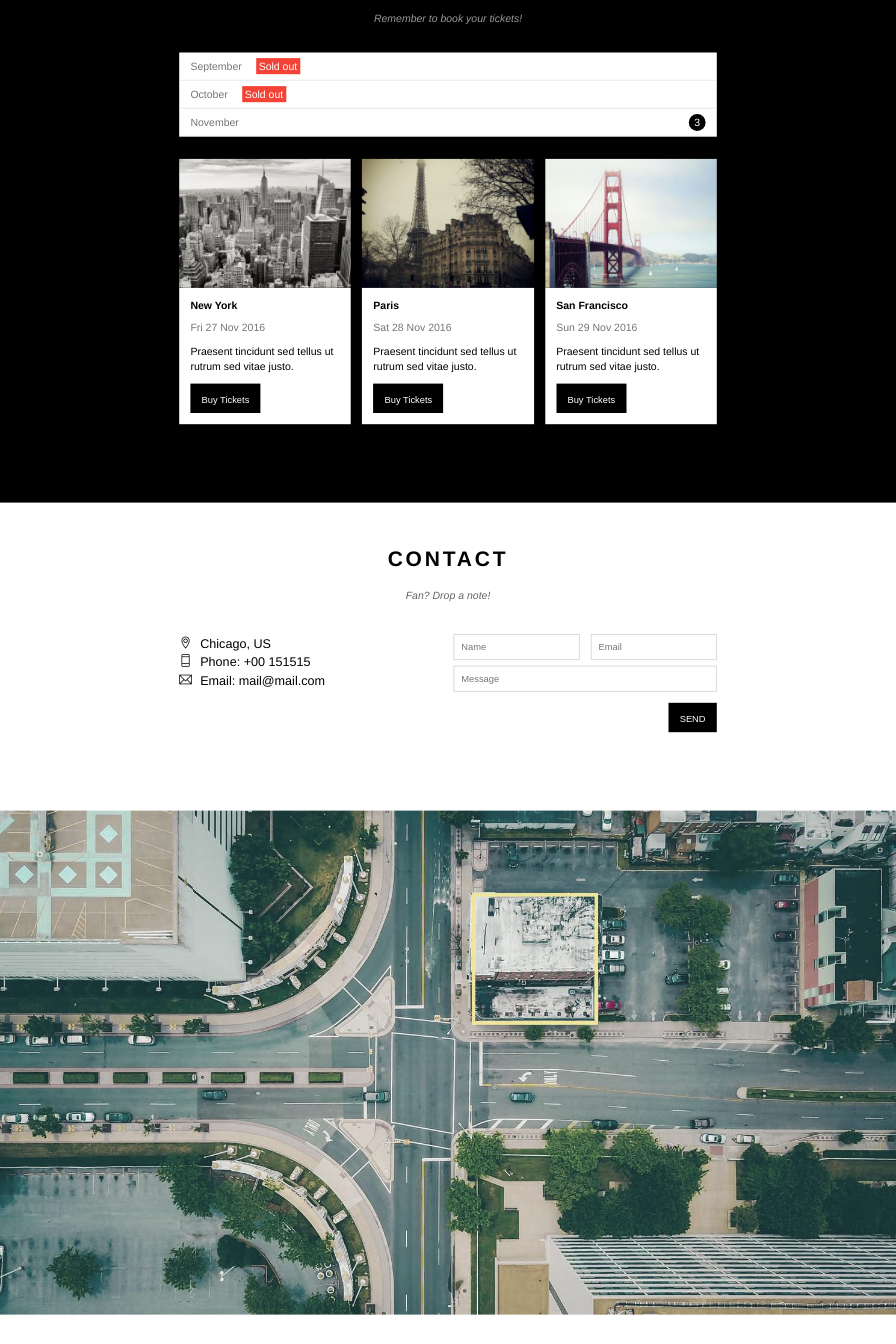
Repository: phongngotrong/w3school_reup
Page: index.html
The author's editor kept a copy of each file at every save. The page is drawn from the files as they stood at one save, then again after the next save.
The browser window is 1280 px wide. The pictures show the part of the page from y = 1460 to 3380 px (the page is 3526 px tall), at 70% of full size.

Above is the page before, as saved 2022-02-15 23:43:30.

### index.html
<!DOCTYPE html>
<html lang="en">
  <head>
    <meta charset="UTF-8" />
    <meta http-equiv="X-UA-Compatible" content="IE=edge" />
    <meta name="viewport" content="width=device-width, initial-scale=1.0" />
    <title>W3.CSS Template</title>
    <link rel="icon" href="https://play-lh.googleusercontent.com/i-ij7KM2pFUUpFE31QAUDXg5mzGFNbm16S4tjmg2ZyuhCGLgNJ8oXJRbq7ysh6LoZg" type="image/x-icon" />
    <link rel="stylesheet" href="./assets/css/style.css" />
    <link rel="stylesheet" href="./assets/css/responsive.css" />
    <link rel="stylesheet" href="./assets/fonts/themify-icons/themify-icons.css">
  </head>
  <body>
    <div id="main">
      <div id="header">
        <!--Begin: Nav-->
        <ul id="nav">
          <li><a href="#">Home</a></li>
          <li><a href="#band">Band</a></li>
          <li><a href="#tour">Tour</a></li>
          <li><a href="#contact">Contact</a></li>
          <li>
            <a href="#">
              More
              <i class="nav-arrow-down ti-angle-down"></i>
            </a>
            <ul class="subnav">
              <ul>
                <li><a href="#">Merchandise</a></li>
                <li><a href="#">Extras</a></li>
                <li><a href="#">Media</a></li>
              </ul>
            </ul>
          </li>
        </ul>
        <!--End: Nav-->

        <!--Begin: Search-->
        <div class="search-btn">
          <i class="search-icon ti-search"></i>
        </div>

        <div id="mobile-menu" class="mobile-menu-btn">
          <i class="menu-icon ti-menu"></i>
        </div>
        <!--End: Search-->
      </div>

      <div id="slider">
        <div class="text-content">
          <h2 class="text-heading">Chicago</h2>
          <div class="text-description">
            Thank you, Chicago - A night we won't forget.
          </div>
        </div>
      </div>

      <div id="content">
        <!--content section-->
        <div id="band" class="content-section">
          <h2 class="section-heading">THE BAND</h2>
          <p class="section-sub-heading">We love music</p>
          <p class="about-text">
            We have created a fictional band website. Lorem ipsum dolor sit
            amet, consectetur adipiscing elit, sed do eiusmod tempor incididunt
            ut labore et dolore magna aliqua. Ut enim ad minim veniam, quis
            nostrud exercitation ullamco laboris nisi ut aliquip ex ea commodo
            consequat. Duis aute irure dolor in reprehenderit in voluptate velit
            esse cillum dolore eu fugiat nulla pariatur. Excepteur sint occaecat
            cupidatat non proident, sunt in culpa qui officia deserunt mollit
            anim id est laborum consectetur adipiscing elit, sed do eiusmod
            tempor incididunt ut labore et dolore magna aliqua. Ut enim ad minim
            veniam, quis nostrud exercitation ullamco laboris nisi ut aliquip ex
            ea commodo consequat.
          </p>
          <div class="row list-member">
            <!--member1-->
            <div class="col col-third s-col-full mt-32 text-center">
              <p class="member-name">Name</p>
              <img
                src="./assets/img/member.jpg"
                alt="Name"
                class="avt-member"
              />
            </div>

            <!--member2-->
            <div class="col col-third s-col-full mt-32 text-center">
              <div class="member-name">Name</div>
              <img
                src="./assets/img/member.jpg"
                alt="Name"
                class="avt-member"
              />
            </div>
            <!--member3-->

            <div class="col col-third s-col-full mt-32 text-center">
              <div class="member-name">Name</div>
              <img
                src="./assets/img/member.jpg"
                alt="Name"
                class="avt-member"
              />
            </div>
            <!-- <div class="clear"></div> -->
          </div>
        </div>
        <!--tour section-->
        <div id="tour" class="tour-section">
          <div class="content-section">
            <h2 class="section-heading text-white">TOUR DATES</h2>
            <p class="section-sub-heading text-white">
              Remember to book your tickets!
            </p>
            <!-- tickets -->
            <ul class="tickets-list">
              <li>September <span class="sold-out">Sold out</span></li>
              <li>October <span class="sold-out">Sold out</span></li>
              <li>November <span class="quantity">3</span></li>
            </ul>
            <div class="row places-list">
              <!-- place1 -->
              <div class="col col-third s-col-full mt-16">
                <img
                  src="./assets/img/newyork.jpg"
                  alt="New York"
                  class="place-img"
                />
                <div class="places-body">
                  <h3 class="places-heading">New York</h3>
                  <p class="places-time">Fri 27 Nov 2016</p>
                  <p class="place-description">
                    Praesent tincidunt sed tellus ut rutrum sed vitae justo.
                  </p>
                  <button class="btn s-full-width js-buy-ticket">Buy Tickets</button>
                </div>
              </div>
              <!-- place2 -->

              <div class="col col-third s-col-full mt-16">
                <img
                  src="./assets/img/paris.jpg"
                  alt="New York"
                  class="place-img"
                />
                <div class="places-body">
                  <h3 class="places-heading">Paris</h3>
                  <p class="places-time">Sat 28 Nov 2016</p>
                  <p class="place-description">
                    Praesent tincidunt sed tellus ut rutrum sed vitae justo.
                  </p>
                  <button class="btn s-full-width js-buy-ticket">Buy Tickets</button>
                </div>
              </div>
              <!-- place3 -->

              <div class="col col-third s-col-full mt-16">
                <img
                  src="./assets/img/sanfran.jpg"
                  alt="New York"
                  class="place-img"
                />
                <div class="places-body">
                  <h3 class="places-heading">San Francisco</h3>
                  <p class="places-time">Sun 29 Nov 2016</p>
                  <p class="place-description">
                    Praesent tincidunt sed tellus ut rutrum sed vitae justo.
                  </p>
                  <button class="btn s-full-width js-buy-ticket">Buy Tickets</button>
                </div>
              </div>
              <!-- <div class="clear"></div> -->
            </div>
          </div>
        </div>

        <!-- Begin: contact section-->
        <div id="contact" class="content-section">
          <h2 class="section-heading">CONTACT</h2>
          <p class="section-sub-heading">Fan? Drop a note!</p>

          <div class="row contact-content">
            <div class="col col-half s-col-full contact-info">
              <p><i class="ti-location-pin"></i>Chicago, US</p>
              <p><i class="ti-mobile"></i>Phone: <a href="tell: +00 151515"></a>+00 151515</p>
              <p><i class="ti-email"></i>Email: <a href="mailto: mail@mail.com"></a>mail@mail.com</p>
            </div>
            <div class="col col-half s-col-full contact-form">
              <form action="">
                <div class="row">
                  <div class="col col-half s-col-full">
                      <input type="text" name="" required placeholder="Name" id="" class="form-control">
                  </div>
                  <div class="col col-half s-col-full s-mt-8">
                    <input type="email" name="" required placeholder="Email" id="" class="form-control">
                </div>
                </div>
                <div class="row mt-8">
                  <div class="col col-full">
                    <input type="text" name="" required placeholder="Message" id="" class="form-control">
                </div>
                </div>
                <input class="btn pull-right s-full-width mt-16" type="submit" value="SEND">
              </form>
            </div>
          </div>
        </div>
        <!-- End: contact section-->
        <div class="map-section">
          <img src="./assets/img/map.jpg" alt="Map">
        </div>
      </div>

      <div id="footer">
        <div class="social-list">
          <a href=""><i class="ti-facebook"></i></a>
          <a href=""><i class="ti-instagram"></i></a>
          <a href=""><i class="ti-github"></i></a>
          <a href=""><i class="ti-pinterest"></i></a>
          <a href=""><i class="ti-twitter-alt"></i></a>
          <a href=""><i class="ti-linkedin"></i></a>
        </div>
        <div class="Copyright">Powered by <a href="">w3.css</a></div>
      </div>
    </div>

    <div class="modal js-modal">
      <div class="modal-container js-modal-container">
        <div class="modal-close js-modal-close">
          <i class="ti-close"></i>
        </div>
        <header class="modal-header">
          <i class="icon-ti-bag-header ti-bag"></i>
          Tickets
        </header>

        <div class="modal-body">
          <label for="tickets-quantity" class="modal-label">
            <i class="ti-shopping-cart"></i>
            Tickets, $15 per person
          </label>
          <input
            id="tickets-quantity"
            type="text"
            class="modal-input"
            placeholder="How many?"
          />

          <label for="tickets-email" class="modal-label">
            <i class="ti-user"></i>
            Send To
          </label>
          <input
            id="tickets-email"
            type="email"
            class="modal-input"
            placeholder="Enter email "
          />

          <button id="buy-tickets">
            PAY<i class="icon-ti-check-footer ti-check"></i>
          </button>
        </div>

        <footer class="modal-footer">
          <p class="modal-help">Need <a href="">help?</a></p>
        </footer>
      </div>
    </div>

    <script>
      const buyBtns = document.querySelectorAll('.js-buy-ticket')
      const modal = document.querySelector('.js-modal')
      const modalContainer = document.querySelector('.js-modal-container')
      const modalClose = document.querySelector('.js-modal-close')

      // hàm hiển thị modal mua vé(thêm class open vào modal)
      function showBuyTickets() {
        modal.classList.add('open')
      }

      // hàm ẩn modal mua vé(gỡ bỏ class open của modal)
      function hideBuyTickets() {
        modal.classList.remove('open')
      }

      // lặp qua từng thẻ button và nghe hành vi click
      for(const buyBtn of buyBtns) {
        buyBtn.addEventListener('click', showBuyTickets)
      }

      // nghe hành vi click vào button close
      modalClose.addEventListener('click', hideBuyTickets)

      modal.addEventListener('click', hideBuyTickets)

      modalContainer.addEventListener('click', function(event){
        event.stopPropagation()
      })

    </script>

    <script>
      var header = document.getElementById('header');
      var mobileMenu = document.getElementById('mobile-menu');
      var headerHeight = header.clientHeight;

      // Đóng/mở mobile menu
      mobileMenu.onclick = function() {
        var isClosed = header.clientHeight === headerHeight;
        if(isClosed) {
          header.style.height = 'auto';
        } else {
          header.style.height = null;
        }
      }

      // Tự động đóng khi chọn menu
      var menuItems = document.querySelectorAll('#nav li a[href*="#"]');
      for(var i=0; i<menuItems.length; i++) {
        var menuItem = menuItems[i];

        console.log(menuItem);

        menuItem.onclick = function(event) {
          var isParentMenu = this.nextElementSibling && this.nextElementSibling.classList.contains('subnav');
          if(isParentMenu) {
            event.preventDefault();
          }else {
            header.style.height = null;
          }
        }
      }

    </script>
  </body>
</html>

### assets/css/style.css
/* Reset CSS */

* {
  padding: 0;
  margin: 0;
  box-sizing: border-box;
}

html {
  font-family: Helvetica, Arial, sans-serif;
  scroll-behavior: smooth;
}
/*
  -Từ trên xuống dưới
  -Từ ngoài vào trong
  -Tổng quan đến chi tiết
  */

/*
  1. Vi tri
  2. Kich thuoc
  3. Mau sac
  4. Kieu dang (kieu chu, hinh tron, vuong...)
  */

/* Common */
.text-center {
  text-align: center !important;
}

.row {
  margin-left: -8px;
  margin-right: -8px;
}

/* Tạo element giả */
.row::after {
  content: "";
  display: block;
  clear: both;
}
/*.................*/

.col {
  float: left;
  padding-left: 8px;
  padding-right: 8px;
}

.col-full {
  width: 100%;
}

.col-half {
  width: 50%;
}

.col-third {
  width: 33.33333%;
}

.pull-right {
  float: right;
}

.btn {
  background-color: #000;
  color: #fff;
  text-decoration: none;
  display: inline-block;
  padding: 11px 16px;
  margin-top: 15px;
  padding-top: 16px;
  cursor: pointer;
  border: none;
}

.btn:hover {
  background-color: #ccc;
  color: #000;
}

.mt-8 {
  margin-top: 8px !important;
}

.mt-16 {
  margin-top: 16px !important;
}

.mt-32 {
  margin-top: 32px !important;
}

.clear {
  clear: both;
}

/* .row::after {
    clear: both;
    display: block;
    content: "";
  } */

.text-white {
  color: #fff !important;
}

/* Main */
#main {
}

#header {
  position: fixed;
  top: 0;
  left: 0;
  right: 0;
  height: 46px;
  background-color: #000;
  z-index: 1;
}

#nav {
  display: inline-block;
}

li {
  list-style-type: none;
}

#nav > li {
  display: inline-block;
}

#nav li {
  position: relative;
}

#nav > li > a {
  color: #fff;
  text-transform: uppercase;
}

#nav li a {
  text-decoration: none;
  line-height: 46px;
  padding: 0 24px;
  display: block;
}

#nav li:hover .subnav {
  display: block;
}

#nav > li:hover > a,
#nav .subnav li:hover a {
  color: #000;
  background-color: #ccc;
}

#nav .subnav {
  display: none;
  min-width: 160px;
  position: absolute;
  background-color: #fff;
  box-shadow: 0 0 10px rgba(0, 0, 0, 0.3);
}

#nav .subnav a {
  color: #000;
  padding: 0 12px;
  line-height: 38px;
}

#nav .nav-arrow-down {
  font-size: 12px;
}

#header .mobile-menu-btn {
  position: absolute;
  top: 0;
  right: 0;
  display: none;
}

#header .mobile-menu-btn,
#header .search-btn {
  float: right;
  padding: 0 20px;
}

#header .mobile-menu-btn .menu-icon {
  font-size: 16px;
}

#header .mobile-menu-btn:hover {
  background-color: #ccc;
}

#header .mobile-menu-btn:hover .menu-icon {
  color: #000;
}

#header .search-btn:hover {
  cursor: pointer;
  background-color: #f44336;
}

#header .menu-icon,
#header .search-icon {
  color: #fff;
  font-size: 20px;
  line-height: 46px;
}

#slider {
  position: relative;
  margin-top: 46px;
  padding-top: 50%;
  background: url("../img/slider.jpg") top center / cover no-repeat;
}

#slider .text-content {
  position: absolute;
  bottom: 47px;
  color: #fff;
  width: 100%;
  text-align: center;
}

#slider .text-heading {
  font-weight: 500;
  font-size: 24px;
}

#slider .text-description {
  font-size: 15px;
  margin-top: 25px;
}

#content {
}

#content .content-section {
  width: 800px;
  max-width: 100%;
  padding: 64px 0 112px;
  margin-right: auto;
  margin-left: auto;
  padding-left: 16px;
  padding-right: 16px;
}

#content .section-heading {
  text-align: center;
  font-size: 30px;
  letter-spacing: 4px;
}

#content .section-sub-heading {
  font-size: 15px;
  text-align: center;
  margin-top: 25px;
  font-style: italic;
  opacity: 0.6;
}

#content .about-text {
  font-size: 15px;
  margin-top: 15px;
  text-align: justify;
  line-height: 1.4;
}

#content .member-name {
  font-size: 16px;
}

#content .list-member {
  margin-top: 32px;
  /* margin-bottom: 48px;
    overflow: hidden;  */
}

/* #content .item-member {
    float: left;
    width: 33.33333%;
    text-align: center;
  } */

#content .avt-member {
  margin-top: 15px;
  width: 154px;
  border-radius: 4px;
}

/* tour section */
.tour-section {
  background-color: #000;
}
.tickets-list {
  background-color: #fff;
  margin-top: 40px;
  list-style: none;
}

.tickets-list li {
  color: #757575;
  font-size: 15px;
  padding: 11px 16px;
  border-bottom: 1px solid #ddd;
}

.tickets-list .sold-out {
  background-color: #f44336;
  color: #fff;
  padding: 3px 4px;
  margin-left: 16px;
}

.tickets-list .quantity {
  float: right;
  width: 24px;
  height: 24px;
  background-color: #000;
  color: #fff;
  border-radius: 50%;
  line-height: 24px;
  text-align: center;
  margin-top: -3px;
}

/* Places */
.places-list {
  margin-top: 16px;
}

/* .places-item {
    float: left;
    width: 33.33333%;
    padding: 0 8px;
  } */

.place-img {
  width: 100%;
  display: block;
}

.place-img:hover {
  opacity: 0.6;
}

.places-body {
  padding: 16px;
  font-size: 15px;
  background-color: #fff;
}

.places-heading {
  font-size: 15px;
}

.places-time {
  padding-top: 15px;
  color: #757575;
}

.place-description {
  padding-top: 15px;
  line-height: 1.4;
}

.modal {
  position: fixed;
  top: 0;
  bottom: 0;
  right: 0;
  left: 0;
  background-color: rgba(0, 0, 0, 0.4);
  display: none;
  align-items: center;
  justify-content: center;
}

.modal.open {
  display: flex;
}

.modal-container {
  background-color: #fff;
  width: 900px;
  min-height: 200px;
  position: relative;
  max-width: calc(100% -32px);
  animation: modalFadeIn ease 0.4s;
}

.modal-header {
  background-color: #009688;
  color: #fff;
  height: 130px;
  font-size: 30px;
  display: flex;
  align-items: center;
  justify-content: center;
  letter-spacing: 4px;
}

.modal-close:hover {
  background-color: #ccc;
  color: #000;
}

.modal-close {
  position: absolute;
  right: 0;
  top: 0;
  padding: 16px;
  font-size: 12px;
  color: #fff;
  cursor: pointer;
}

.icon-ti-bag-header {
  margin-right: 16px;
}

.modal-body {
  padding: 16px;
}

.modal-label {
  display: block;
  font-size: 15px;
  margin-bottom: 12px;
}

.modal-input {
  border: 1px solid #ccc;
  width: 100%;
  padding: 10px;
  font-size: 15px;
  margin-bottom: 24px;
}

#buy-tickets:hover {
  background-color: #ccc;
  color: #000;
}

#buy-tickets {
  background-color: #009688;
  width: 100%;
  padding: 18px;
  color: #fff;
  border: none;
  text-transform: uppercase;
  font-size: 15px;
  cursor: pointer;
}

.modal-footer {
  padding: 16px;
  text-align: right;
}

.modal-footer a {
  color: #2196f3;
}

/* Contact */
.contact-content {
  margin-top: 48px;
}

.contact-info {
  font-size: 18px;
  line-height: 1.5;
}

.contact-info i[class*="ti-"] {
  width: 30px;
  display: inline-block;
}

.contact-form {
  font-size: 15px;
}

.contact-form .form-control {
  padding: 10px;
  border: 1px solid #ccc;
  width: 100%;
}

/* .contact-form .form-submit-btn {
  background: #000;
  color: #fff;
  border: 1px solid #000;
  padding: 10px 16px;
  float: right;
} */

/* .form-submit-btn:hover {
  background: #ccc;
  color: #000;
  border: none;
  cursor: pointer;
} */

/* Map section */
.map-section img {
  width: 100%;
  filter: grayscale(50%);
}

/* footer section */

#footer {
  padding: 64px 16px;
  text-align: center;
}

#footer .social-list {
  font-size: 20px;
}

#footer .Copyright {
  font-size: 15px;
  margin-top: 15px;
  color: rgba(0, 0, 0, 0.6);
}

#footer .Copyright a {
  color: rgba(0, 0, 0, 0.6);
}

#footer .social-list a {
  color: rgba(0, 0, 0, 0.6);
  text-decoration: none;
}

#footer .social-list a:hover {
  color: rgba(0, 0, 0, 0.4);
}

/* Tạo hoạt ảnh  */
@keyframes modalFadeIn {
  from {
    opacity: 0;
    transform: translateY(-140px);
  }
  to {
    opacity: 1;
    transform: translateY(0);
  }
}

### assets/css/responsive.css
/* PC: width >= 1024px */
@media only screen and (min-width: 64em) {
}

/* Tablet: width >= 740px and < 1024px */
@media only screen and (min-width: 46.25em) and (max-width: 63.9375em) {
}

/* Tablet && Mobile */
@media only screen and (max-width: 63.9375em) {
  .s-full-width {
    width: 100% !important;
  }

  #nav .subnav a {
    padding: 5px 12px;
  }

  .btn {
    padding: 15px 16px;
  }

  .contact-form .form-control {
    padding: 15px;
  }

  .contact-info {
    line-height: 2.1;
  }

  #footer .social-list {
    font-size: 48px;
  }

  #footer .social-list a {
    margin: 0 8px;
  }

  #footer .Copyright a {
    padding: 12px 0px;
    display: inline-block;
  }
}

/* Mobile: width < 740px */
@media only screen and (max-width: 46.1875em) {
  .s-mt-8 {
    margin-top: 8px;
  }

  #nav {
    display: block;
  }

  #nav > li {
    display: block;
  }

  #nav > li:first-child {
    display: inline-block;
  }

  #nav li a {
    padding: 1px 24px;
  }

  #nav .subnav {
    position: initial;
    background-color: #333;
  }

  #nav .subnav a {
    color: #fff;
    padding: 5px 41px;
  }

  #header {
    overflow: hidden;
  }

  #header .search-btn {
    display: none;
  }

  #header .mobile-menu-btn {
    display: block;
  }

  #content .avt-member {
    width: 60%;
  }

  .s-col-full {
    width: 100% !important;
  }

  .contact-form {
    margin-top: 32px;
  }
}

Loaded but not shown: assets/fonts/themify-icons/themify-icons.css (common file)

After the next save:
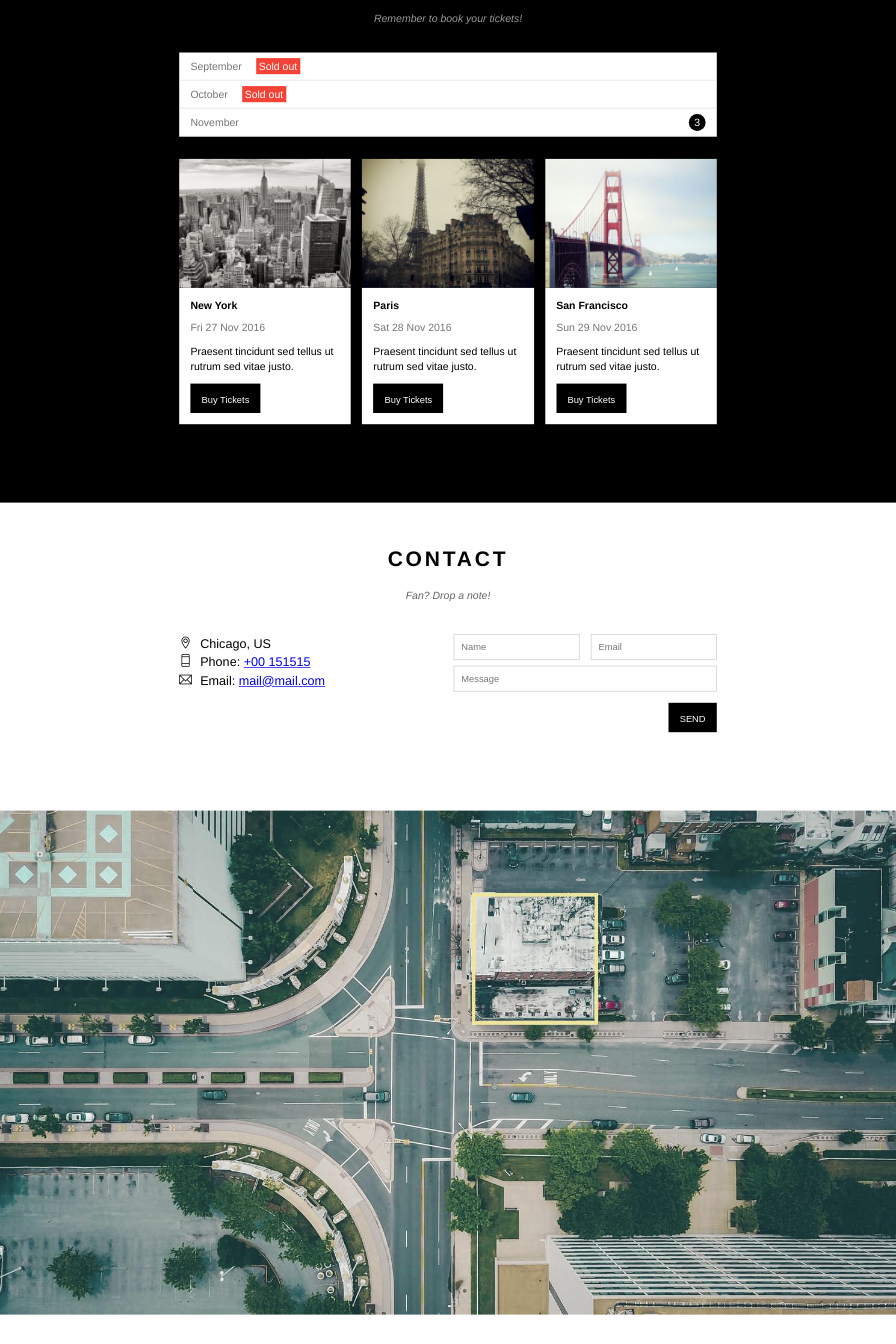
Saved 111 s later.
--- a/index.html
+++ b/index.html
@@ -183,8 +183,8 @@
           <div class="row contact-content">
             <div class="col col-half s-col-full contact-info">
               <p><i class="ti-location-pin"></i>Chicago, US</p>
-              <p><i class="ti-mobile"></i>Phone: <a href="tell: +00 151515"></a>+00 151515</p>
-              <p><i class="ti-email"></i>Email: <a href="mailto: mail@mail.com"></a>mail@mail.com</p>
+              <p><i class="ti-mobile"></i>Phone: <a href="tell: +00 151515">+00 151515</a></p>
+              <p><i class="ti-email"></i>Email: <a href="mailto: mail@mail.com">mail@mail.com</a></p>
             </div>
             <div class="col col-half s-col-full contact-form">
               <form action="">
